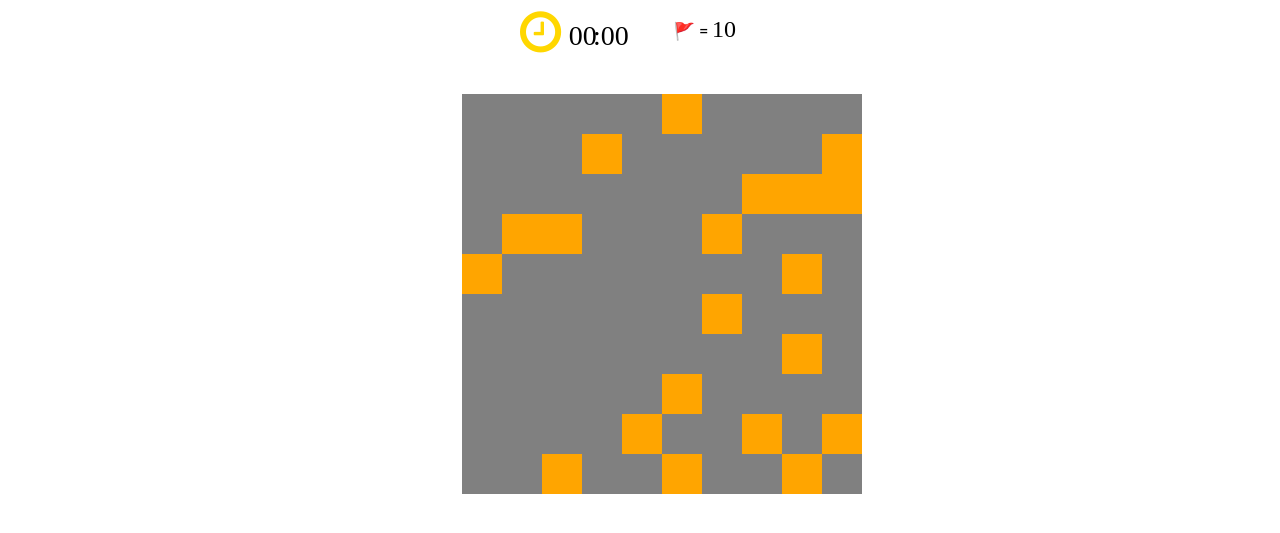
Repository: issaRan/MineSweeper
Page: html/index.html
An editor plug-in stored every save of this project. The page is shown before and after the next save, followed by the edit.
The browser window is 1280 px wide. The pictures show the whole page.

Above is the page before, as saved 2020-10-23 18:30:59.

### html/index.html
<!DOCTYPE html>
<html lang="en">
<head>
    <meta charset="UTF-8">
    <meta name="viewport" content="width=device-width, initial-scale=1.0">
    <title>MineSweeper</title>
    <link rel="stylesheet" href="../css/styles.css">
    <link rel="stylesheet" href="https://cdnjs.cloudflare.com/ajax/libs/font-awesome/4.7.0/css/font-awesome.min.css">
    <script src="../js/index.js" charset="utf-8"></script>
</head>
<body>
  <div class="flags">🚩 = </div><div class="numOfFlag">10</div>
  <div class="grid"></div>
  <i class="fa fa-clock-o" ></i>
  <label class="minutes all">00</label><label class="all points">:</label><label class="seconds all">00</label>
</body>
</html>

### css/styles.css
.grid {
    height: 400px;
    width: 400px;
    display: flex;
    flex-wrap: wrap;
    background-color: grey;
    position: absolute;
    top: 20%;
    left: 40%;
    margin-top: -50px;
    margin-left: -50px;
    border:1px solid 1px
}
h1{
    position: absolute;
    text-align: center;
}
.fa.fa-clock-o{
    position: absolute;
    font-size:48px;
    margin-left: 40%;
    color:rgb(255,215,0)
}
.grid div {
    border: 5px;
    border-color: #f5f3eb;
    box-sizing: border-box;
    height: 40px;
    width: 40px;
}
.numOfFlag{
    position: absolute;
    margin-left: 55%;
    margin-top: 0.6%;
    font-size: 24px;
}
.flags {
    font-size: larger;
    margin-left: 52%;
    margin-top: 11px;
    position: absolute;
    background-color: #ffffff;
    color: #000000;
    font-family: "Roboto", sans-serif;
    font-size: 17px;
    text-align: center;
    line-height: 1.5em;
    display: inline-block;
}
.bomb {
    background-color: orange;
}
.checked{
    background-color: red;
}
.minutes {
    margin-left: 43.8%;
}
.seconds {
    margin-left: 46.3%;
}
.points {
    margin-left: 45.7%;
}
.all{
    position: absolute;
    top: 20px;
    font-size: 28px;
}

### js/index.js
document.addEventListener('DOMContentLoaded',()=>{
    const grid = document.querySelector('.grid')
    let width = 10
    let flag = 10
    let startClicking = false
    let squares = []
    let isGameOver = false
    let bombAamount = 20
    function createBoard(){
        const bombArray = Array(bombAamount).fill('bomb')
        const emptyArray = Array(width*width - bombAamount).fill('valid')
        const gameArray = emptyArray.concat(bombArray)
        const shuffledArray = gameArray.sort(()=> Math.random() -0.5)
        for(let i = 0; i < width*width;i++){
            const sqaure = document.createElement('div')
            sqaure.setAttribute('id',i)
            sqaure.classList.add(shuffledArray[i])
            grid.appendChild(sqaure)
            squares.push(sqaure)
            sqaure.addEventListener('click',(e)=>{
                click(sqaure)
            })
            sqaure.oncontextmenu = function(e){
                e.preventDefault()
                addFlag(sqaure)
            }
        }
        for (let i = 0; i < squares.length; i++) {
            let total = 0
            const isLeftEdge = (i % width === 0)
            const isRightEdge = (i % width === width -1)

            if (squares[i].classList.contains('valid')) {
              if (i > 0 && !isLeftEdge && squares[i -1].classList.contains('bomb')) total ++
              if (i > 9 && !isRightEdge && squares[i + 1 -width].classList.contains('bomb')) total ++
              if (i > 10 && squares[i -width].classList.contains('bomb')) total ++
              if (i > 11 && !isLeftEdge && squares[i -1 -width].classList.contains('bomb')) total ++
              if (i < 98 && !isRightEdge && squares[i +1].classList.contains('bomb')) total ++
              if (i < 90 && !isLeftEdge && squares[i -1 +width].classList.contains('bomb')) total ++
              if (i < 88 && !isRightEdge && squares[i +1 +width].classList.contains('bomb')) total ++
              if (i < 89 && squares[i +width].classList.contains('bomb')) total ++
              squares[i].setAttribute('data', total)
            }
        }
    }
    createBoard()
    function click(square){
        let currentId = square.id
        if(!startClicking) setCountUpTimer()
        if(isGameOver) return
        if(square.classList.contains('checked') || square.classList.contains('flag')){
            return
        }
        if(square.classList.contains('bomb')){
            gameOver(square)
        }else{
            let total = square.getAttribute('data')
            if(total != 0){
                square.classList.add('checked')
                square.innerHTML = total
                return
            }
            checkSquare(square,currentId)
        }
        square.classList.add('checked')

    }
    function checkSquare(square,currentId){
        const isLeftEdge = (currentId % width === 0)
        const isRightEdge = (currentId % width === width -1)
        setTimeout(()=>{
            if (currentId > 0 && !isLeftEdge) {
                const newId = squares[parseInt(currentId) -1].id
                //const newId = parseInt(currentId) - 1   ....refactor
                const newSquare = document.getElementById(newId)
                click(newSquare)
              }
              if (currentId > 9 && !isRightEdge) {
                const newId = squares[parseInt(currentId) +1 -width].id
                //const newId = parseInt(currentId) +1 -width   ....refactor
                const newSquare = document.getElementById(newId)
                click(newSquare)
              }
              if (currentId > 10) {
                const newId = squares[parseInt(currentId -width)].id
                const newSquare = document.getElementById(newId)
                click(newSquare)
              }
              if (currentId > 11 && !isLeftEdge) {
                const newId = squares[parseInt(currentId) -1 -width].id

                const newSquare = document.getElementById(newId)
                click(newSquare)
              }
              if (currentId < 98 && !isRightEdge) {
                const newId = squares[parseInt(currentId) +1].id
                const newSquare = document.getElementById(newId)
                click(newSquare)
              }
              if (currentId < 90 && !isLeftEdge) {
                const newId = squares[parseInt(currentId) -1 +width].id
                const newSquare = document.getElementById(newId)
                click(newSquare)
              }
              if (currentId < 88 && !isRightEdge) {
                const newId = squares[parseInt(currentId) +1 +width].id
                const newSquare = document.getElementById(newId)
                click(newSquare)
              }
              if (currentId < 89) {
                const newId = squares[parseInt(currentId) +width].id
                const newSquare = document.getElementById(newId)
                click(newSquare)
              }
        },10)
    }
    function gameOver(square){
        console.log("Boom !")
        isGameOver = true
        squares.forEach(square=> {
            if(square.classList.contains('bomb')){
                square.innerHTML = '💣'
            }
        })
    }
    function addFlag(square){
        if(isGameOver) return
        if(!square.classList.contains('checked') && (flag >= 0)) {
            var c = document.querySelector('.numOfFlag')
            if(!square.classList.contains('flag')){
                square.classList.add('flag')
                square.innerHTML = ' 🚩'
                checkForWin()
                flag--;
                c.textContent = flag
            }else{
                square.classList.remove('flag')
                square.innerHTML = ''
                flag++;
                c.textContent = flag
            }
        }
    }
    function checkForWin(){
        let matches = 0
        for(let i = 0; i < squares.length;i++){
            if(squares[i].classList.contains('flag') && squares[i].classList.contains('bomb')){
                matches++
            }
            if(matches == bombAamount){
                isGameOver = true
                console.log('You Win !')
            }
        }
    }
    function setCountUpTimer(){
        var minutesLabel = document.getElementById("minutes");
        var secondsLabel = document.getElementById("seconds");
        var totalSeconds = 0;
        ++totalSeconds;
        secondsLabel.innerHTML = pad(totalSeconds % 60);
        minutesLabel.innerHTML = pad(parseInt(totalSeconds / 60));
    }
    function pad(val) {
        var valString = val + "";
        if (valString.length < 2) {
          return "0" + valString;
        } else {
          return valString;
        }
      }
})

After the next save:
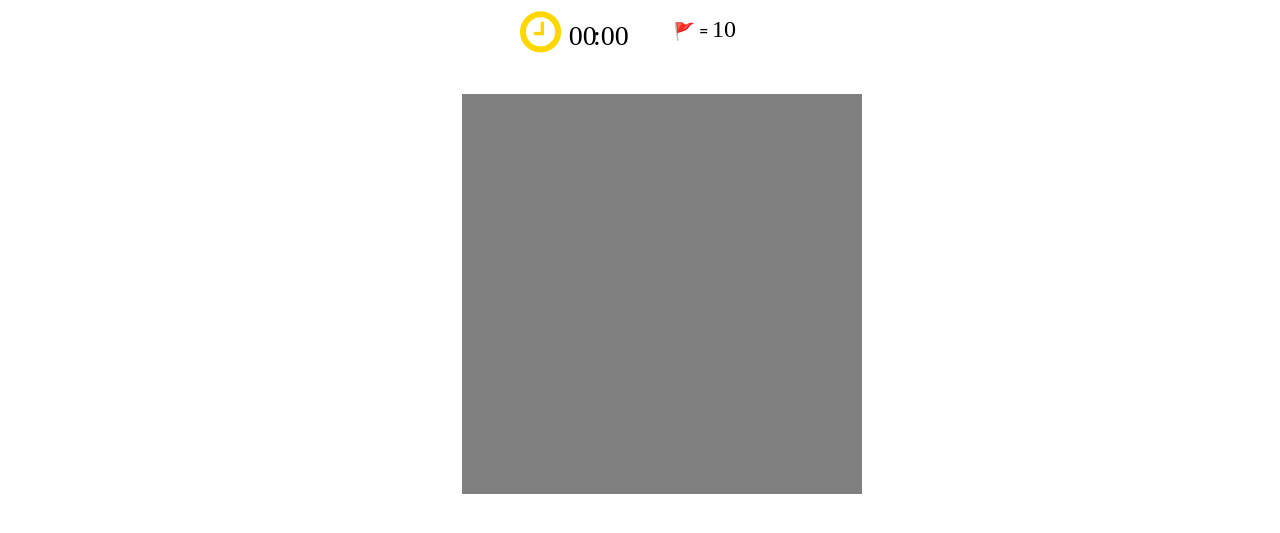
Console error: SyntaxError: Unexpected token '.'
Saved 88 s later.
--- a/js/index.js
+++ b/js/index.js
@@ -154,8 +154,8 @@
         }
     }
     function setCountUpTimer(){
-        var minutesLabel = document.getElementById("minutes");
-        var secondsLabel = document.getElementById("seconds");
+        var minutesLabel = document..querySelector('.minutes');
+        var secondsLabel = document.getElementById('.seconds');
         var totalSeconds = 0;
         ++totalSeconds;
         secondsLabel.innerHTML = pad(totalSeconds % 60);

After the save that followed:
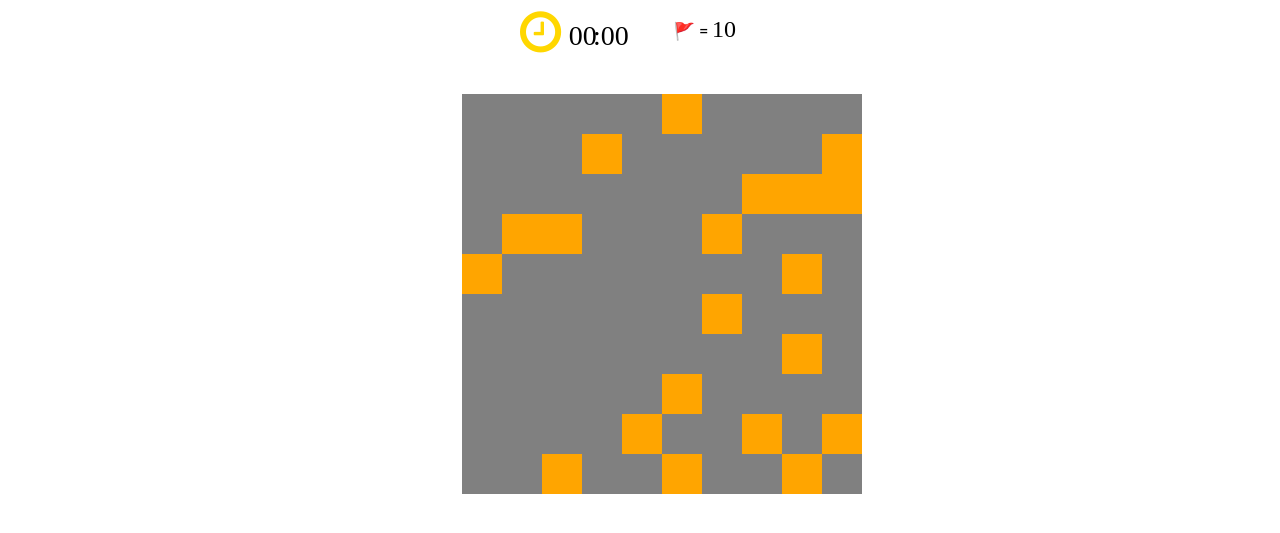
The error is gone.
Saved 15 s later.
--- a/js/index.js
+++ b/js/index.js
@@ -154,7 +154,7 @@
         }
     }
     function setCountUpTimer(){
-        var minutesLabel = document..querySelector('.minutes');
+        var minutesLabel = document.querySelector('.minutes');
         var secondsLabel = document.getElementById('.seconds');
         var totalSeconds = 0;
         ++totalSeconds;
